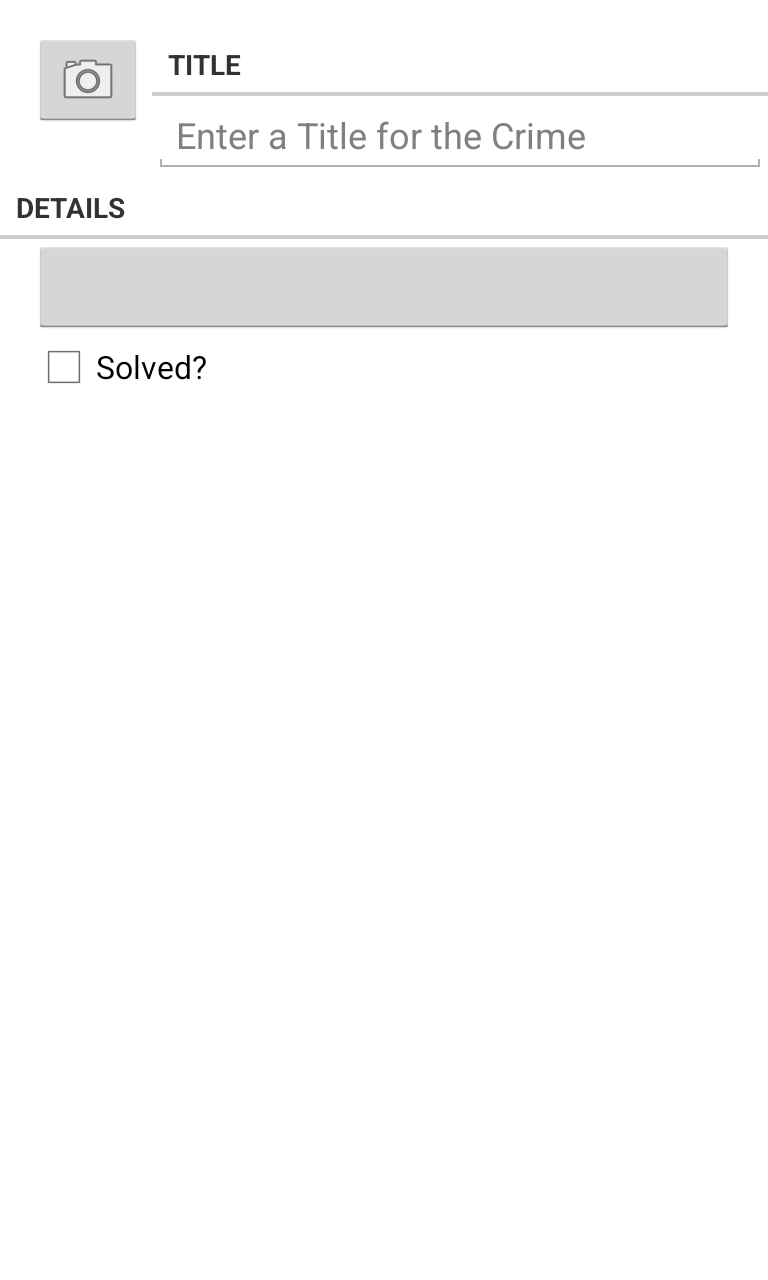
Repository: drice0331/CriminalIntent
Layout: CriminalIntent/res/layout/fragment_crime.xml
The author's editor kept a copy of each file at every save. The layout is drawn from the files as they stood at one save, then again after a run of saves.
It is drawn on a 768 x 1280 px phone screen (xhdpi) without system bars, with theme AppTheme; the app's code is not run.

Above is the layout before, as saved 2014-11-14 23:07:21.

### CriminalIntent/res/layout/fragment_crime.xml
<?xml version="1.0" encoding="utf-8"?>
<LinearLayout xmlns:android="http://schemas.android.com/apk/res/android"
    android:layout_width="match_parent"
    android:layout_height="match_parent"
    android:orientation="vertical" >

    <LinearLayout
        android:layout_width="match_parent"
        android:layout_height="wrap_content"
        android:layout_marginLeft="16dp"
        android:layout_marginTop="16dp"
        android:orientation="horizontal" >

        <LinearLayout
            android:layout_width="wrap_content"
            android:layout_height="wrap_content"
            android:layout_marginRight="4dp"
            android:orientation="vertical" >

            <ImageButton
                android:id="@+id/crime_imageButton"
                android:layout_width="match_parent"
                android:layout_height="wrap_content"
                android:src="@android:drawable/ic_menu_camera" />
        </LinearLayout>

        <LinearLayout
            android:layout_width="wrap_content"
            android:layout_height="wrap_content"
            android:layout_weight="1"
            android:orientation="vertical" >

            <TextView
                style="?android:listSeparatorTextViewStyle"
                android:layout_width="match_parent"
                android:layout_height="wrap_content"
                android:text="@string/crime_title_label" />

            <EditText
                android:id="@+id/crime_title"
                android:layout_width="match_parent"
                android:layout_height="wrap_content"
                android:hint="@string/crime_title_hint" />
        </LinearLayout>
    </LinearLayout>

    <TextView
        style="?android:listSeparatorTextViewStyle"
        android:layout_width="match_parent"
        android:layout_height="wrap_content"
        android:text="@string/crime_details_label" />

    <Button
        android:id="@+id/crime_date"
        android:layout_width="match_parent"
        android:layout_height="wrap_content"
        android:layout_marginLeft="16dp"
        android:layout_marginRight="16dp" />

    <CheckBox
        android:id="@+id/crime_solved"
        android:layout_width="match_parent"
        android:layout_height="wrap_content"
        android:layout_marginLeft="16dp"
        android:layout_marginRight="16dp"
        android:text="@string/crime_solved_label" />

</LinearLayout>

### CriminalIntent/res/values/strings.xml
<resources>

    <string name="app_name">CriminalIntent</string>
    <string name="crimes_title">Crimes</string>
    <string name="title_activity_crime">CrimeActivity</string>
    <string name="crime_title_hint">Enter a Title for the Crime</string>
    <string name="crime_title_label">Title</string>
    <string name="crime_details_label">Details</string>
    <string name="crime_solved_label">Solved?</string>
    <string name="date_picker_title">Date of crime:</string>
    <string name="time_picker_title">Time of crime:</string>
    <string name="new_crime">New Crime</string>
    <string name="show_subtitle">Show Subtitle</string>
    <string name="hide_subtitle">Hide Subtitle</string>
    <string name="subtitle">If you see something, say something.</string>
    <string name="delete_crime">Delete</string>
    <string name="take">Take!</string>

</resources>

Loaded but not shown: CriminalIntent/res/values/styles.xml (common file); CriminalIntent/res/values-v11/styles.xml (common file); CriminalIntent/res/values-v14/styles.xml (common file)

After the next 3 saves:
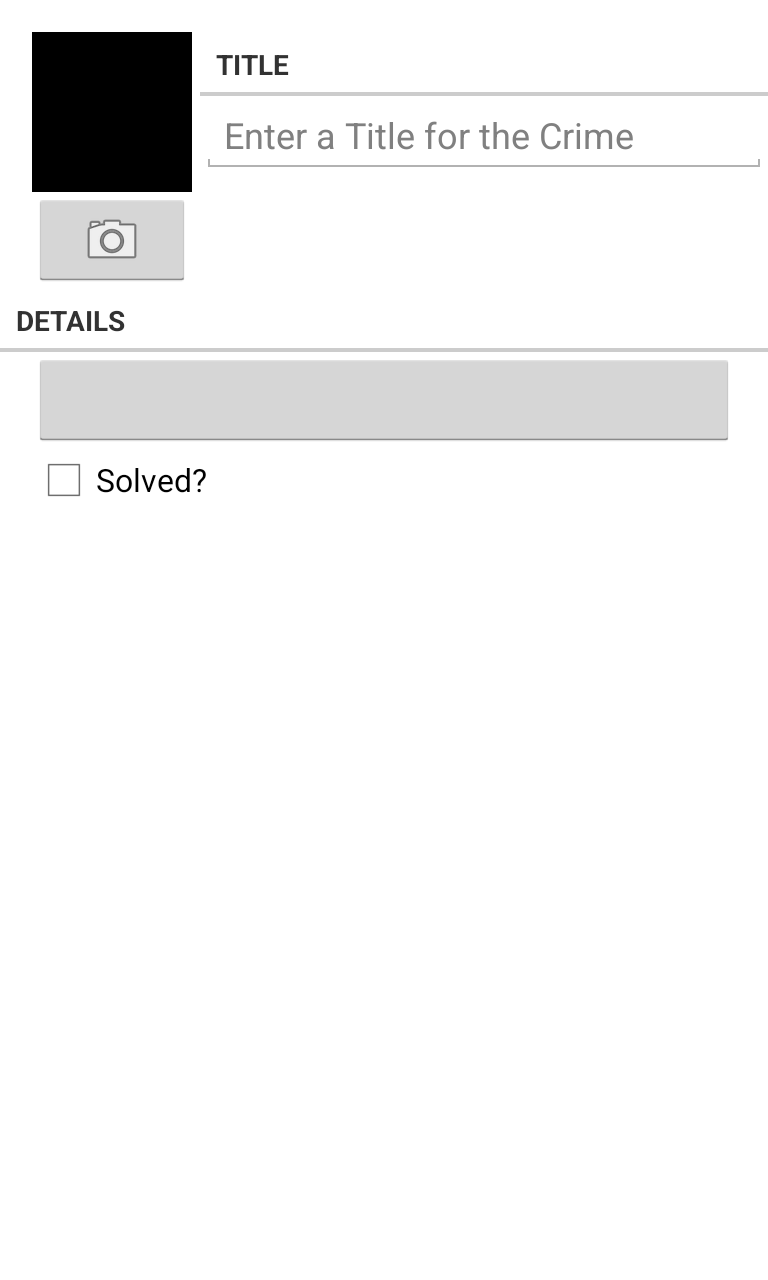
The 3 saves are shown as one change because 2 did not build or start.
The last was saved 30 min 20 s later.
--- a/CriminalIntent/res/layout/fragment_crime.xml
+++ b/CriminalIntent/res/layout/fragment_crime.xml
@@ -16,6 +16,14 @@
             android:layout_height="wrap_content"
             android:layout_marginRight="4dp"
             android:orientation="vertical" >
+
+            <ImageView
+                android:id="@+id/crime_imageView"
+                android:layout_width="80dp"
+                android:layout_height="80dp"
+                android:scaleType="centerInside"
+                android:background="@android:color/black"
+                android:cropToPadding="true"/>
 
             <ImageButton
                 android:id="@+id/crime_imageButton"
